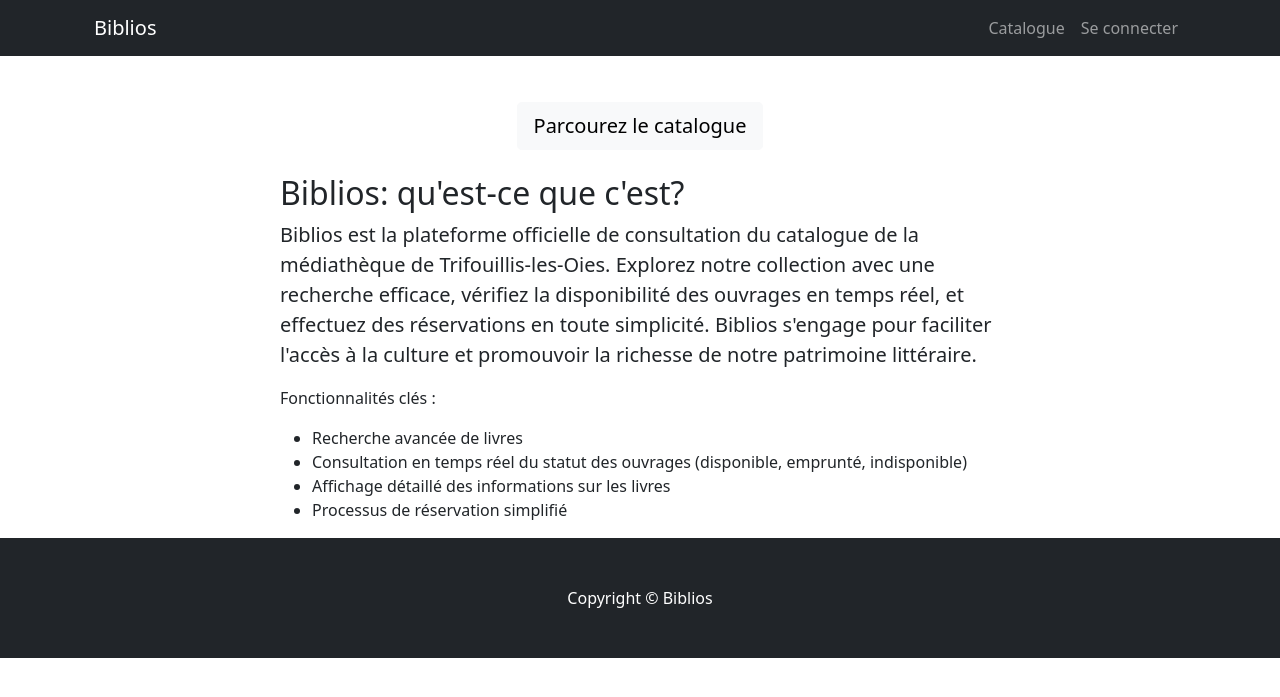
Repository: Dydja/Biblios
Page: templates/main/index.html.twig
The author's editor kept a copy of each file at every save. The page is drawn from the files as they stood at one save, then again after the next save.
The browser window is 1280 px wide. The pictures show the whole page.
The page is a Twig template of a Symfony application; nobody is signed in and links lead nowhere. The template is opened directly, without the code that normally fills it, so the values that code supplies are empty.

Above is the page before, as saved 2024-08-04 00:41:45.

After the next save:
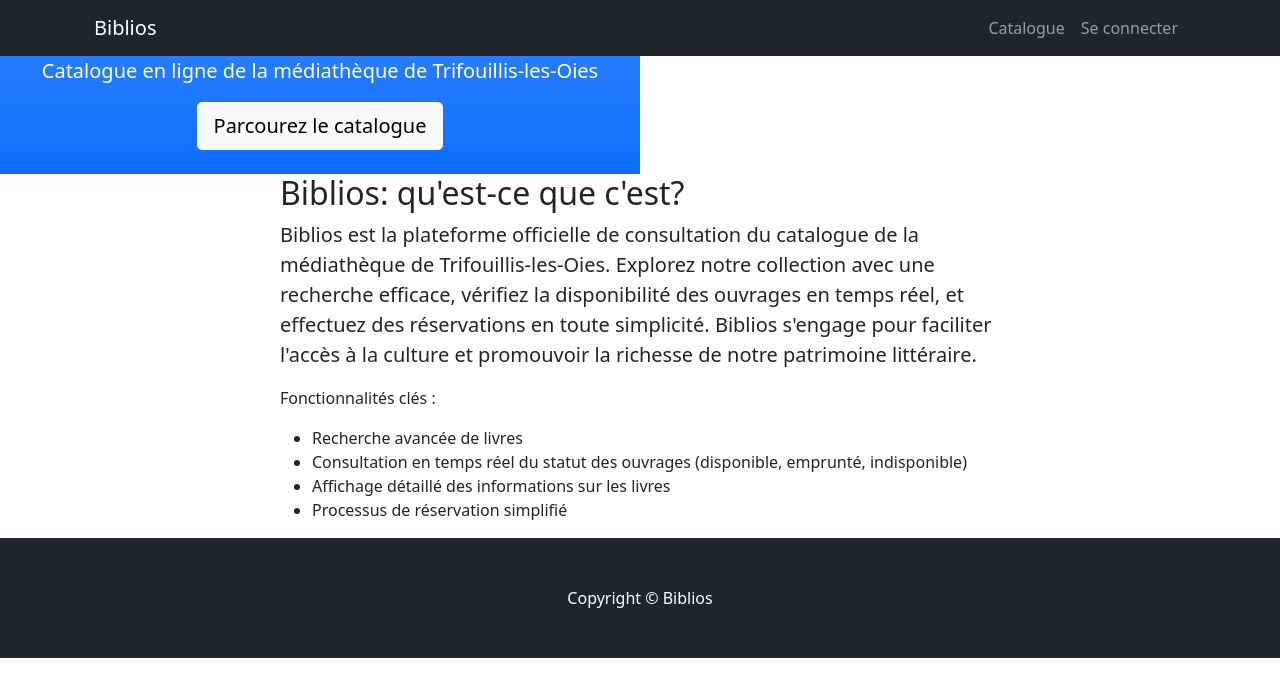
Saved 18 s later.
--- a/templates/main/index.html.twig
+++ b/templates/main/index.html.twig
@@ -5,7 +5,7 @@
 {% block body %}
 
 <!-- Header-->
-    <header class=" bg-gradient text-white">
+    <header class="bg-primary bg-gradient text-white w-50">
         <div class="container px-4 text-center">
             <h1 class="fw-bolder">Biblios</h1>
             <p class="lead">Catalogue en ligne de la médiathèque de Trifouillis-les-Oies</p>
